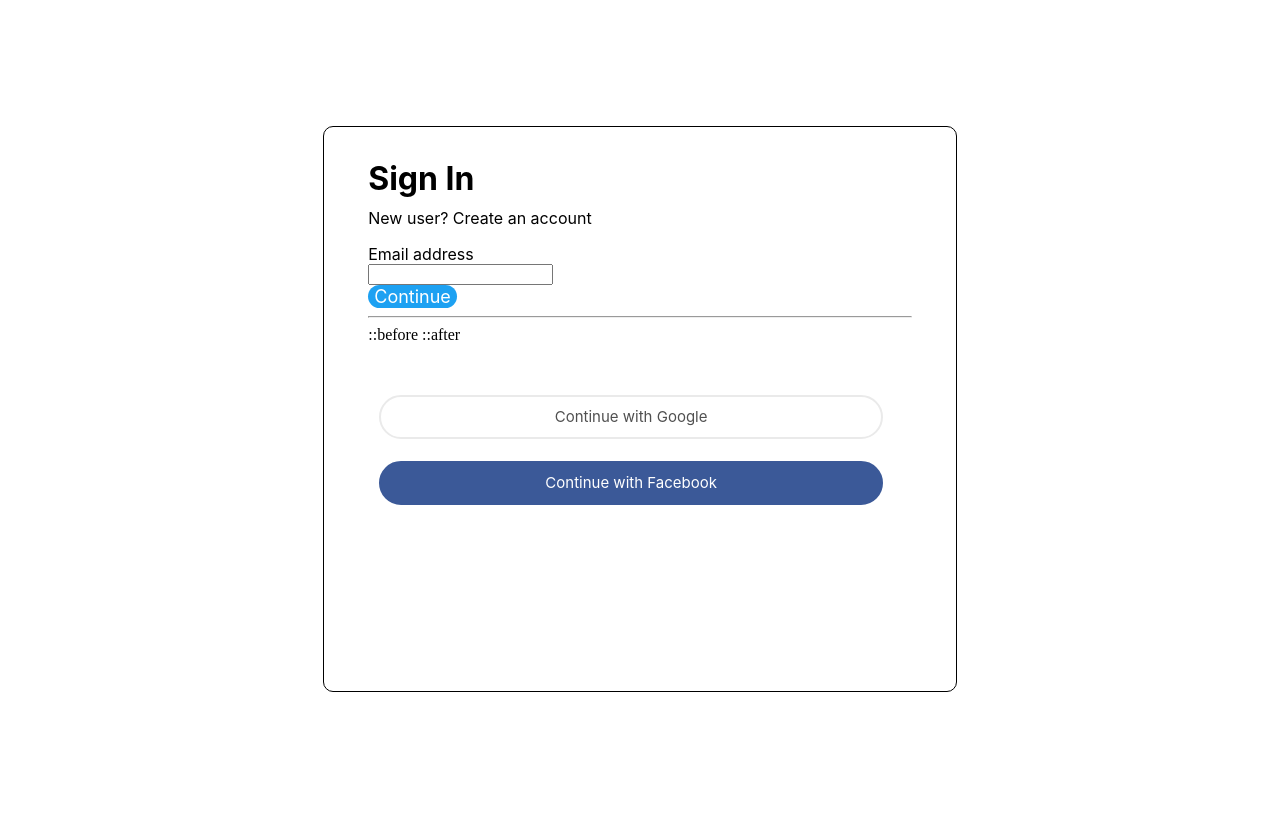
Repository: thangluu93/WereWolf
Page: Template/signIn.html
An editor plug-in stored every save of this project. The page is shown before and after the next save, followed by the edit.
The browser window is 1280 px wide. The pictures show the whole page.

Above is the page before, as saved 2020-01-13 13:43:37.

After the next save:
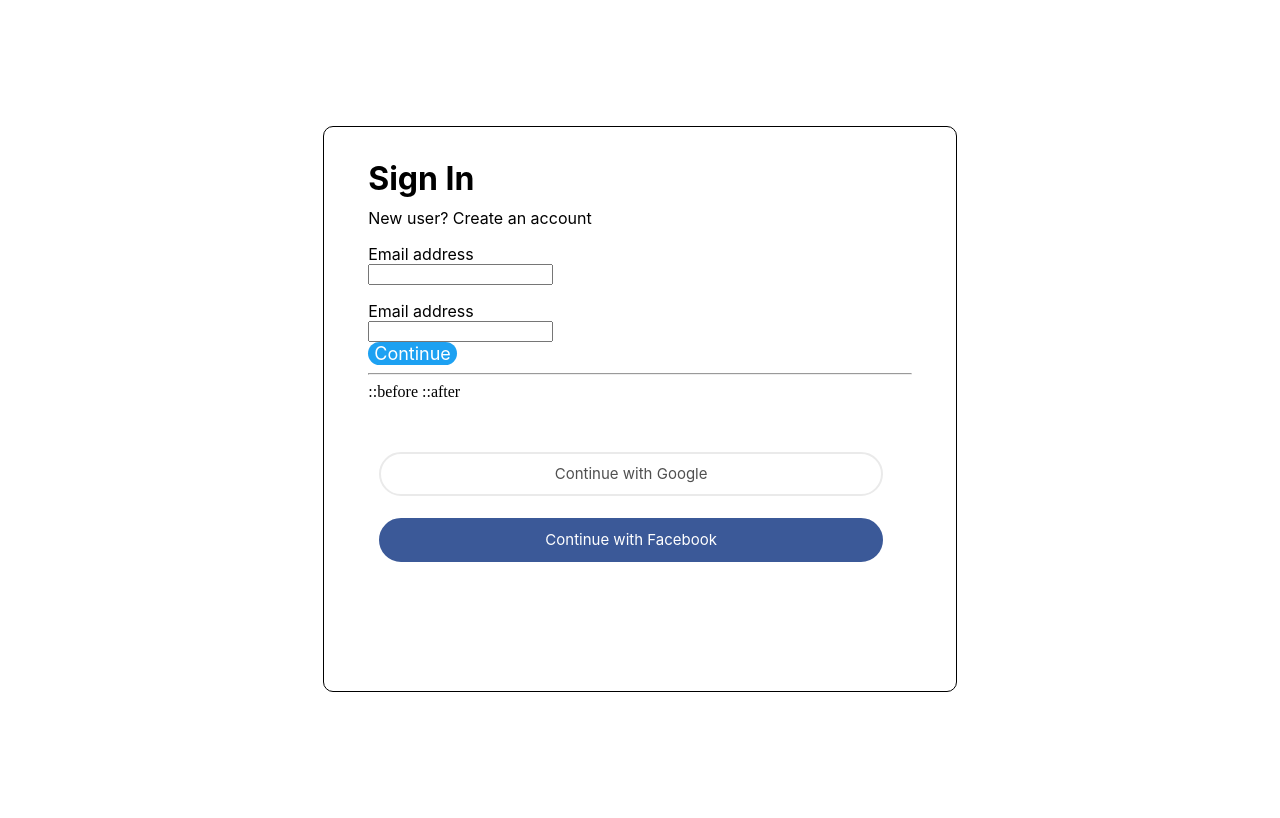
Saved 5 min 22 s later.
--- a/Template/signIn.html
+++ b/Template/signIn.html
@@ -14,15 +14,22 @@
                         <h1 class="Heading">Sign In</h1>
                         <p class="subHead">New user? Create an account</p>
                     </div>
-                    <div emailLayout>
-                        <div >
-                            <p style="margin-bottom: 0;"> Email address </p>
-                            <input type="email"  class="emailField">
-                            <div class="emailContinue">
-                                <button class="emailContinueBtn ">
-                                    <span>Continue</span>
-                                </button>
+                    <div >
+                        <div>
+                            <div>
+                                <p style="margin-bottom: 0;"> Email address </p>
+                                <input type="email" class="emailField">
                             </div>
+                            <div>
+                                <p style="margin-bottom: 0;"> Email address </p>
+                                <input type="email" class="emailField">
+                            </div>
+
+                        </div>
+                        <div class="emailContinue">
+                            <button class="emailContinueBtn ">
+                                <span>Continue</span>
+                            </button>
                         </div>
                     </div>
                     <div class="contentFooter">
